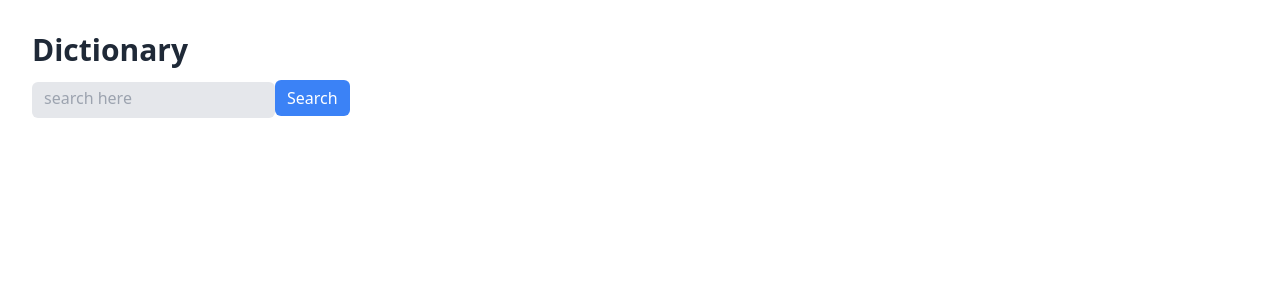
Repository: imokha01/dictionary-app
Page: /
These files come from the project's save history. The page is drawn as it stood at one moment and after a run of saves; the edit follows.
The browser window is 1280 px wide. The pictures show the whole page.
The project was rebuilt for these pictures with package versions that can differ from the ones it lists, and the page was loaded fresh each time. Also part of the build but not shown: vite.config.js, src/App.css.

Above is the page before, as saved 2024-02-19 10:57:03.

### src/App.jsx
import { useState } from 'react'
import './App.css'
import { Route, Routes, } from 'react-router-dom'
import Home from './pages/Home'



function App() {
  const [count, setCount] = useState(0)

  return (
    <>
      <Routes>
          <Route path='/' element={<Home/>}/>
      </Routes>
    </>
  )
}

export default App

### src/index.css
@tailwind base;
@tailwind components;
@tailwind utilities;

#root {
  margin: 0 auto;
  padding: 2rem;
  /* text-align: center; */
}

### src/pages/Home.jsx

const Home = () => {
    return (
        <div>
            <div className="flex flex-col gap-3">
                <h1 className="text-3xl  font-semibold">Dictionary</h1>
                <div className="fl">
                    <input className="bg-gray-200 rounded-md h-9 pl-3 pb-1" type="text" placeholder="search here" />
                    <button className="bg-blue-500 text-white rounded-md px-3 py-1.5">Search</button>
                </div>
            </div>
        </div>
    )
}

export default Home

### tailwind.config.js
/** @type {import('tailwindcss').Config} */
import daisyui from 'daisyui';
export default {
  content: [
    "./index.html",
    "./src/**/*.{js,ts,jsx,tsx}",
  ],
  theme: {
    extend: {},
  },
  plugins: [daisyui],
};

Loaded but not shown: index.html (common file); src/main.jsx (common file)

After the next 2 saves:
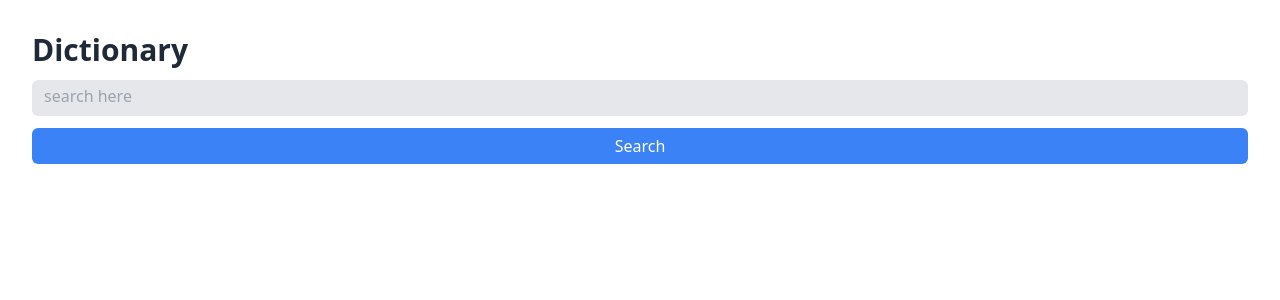
The 2 saves are shown as one change because they came seconds apart.
The last was saved 9 s later.
--- a/src/pages/Home.jsx
+++ b/src/pages/Home.jsx
@@ -4,7 +4,7 @@ const Home = () => {
         <div>
             <div className="flex flex-col gap-3">
                 <h1 className="text-3xl  font-semibold">Dictionary</h1>
-                <div className="fl">
+                <div className="flex flex-col gap-3">
                     <input className="bg-gray-200 rounded-md h-9 pl-3 pb-1" type="text" placeholder="search here" />
                     <button className="bg-blue-500 text-white rounded-md px-3 py-1.5">Search</button>
                 </div>
